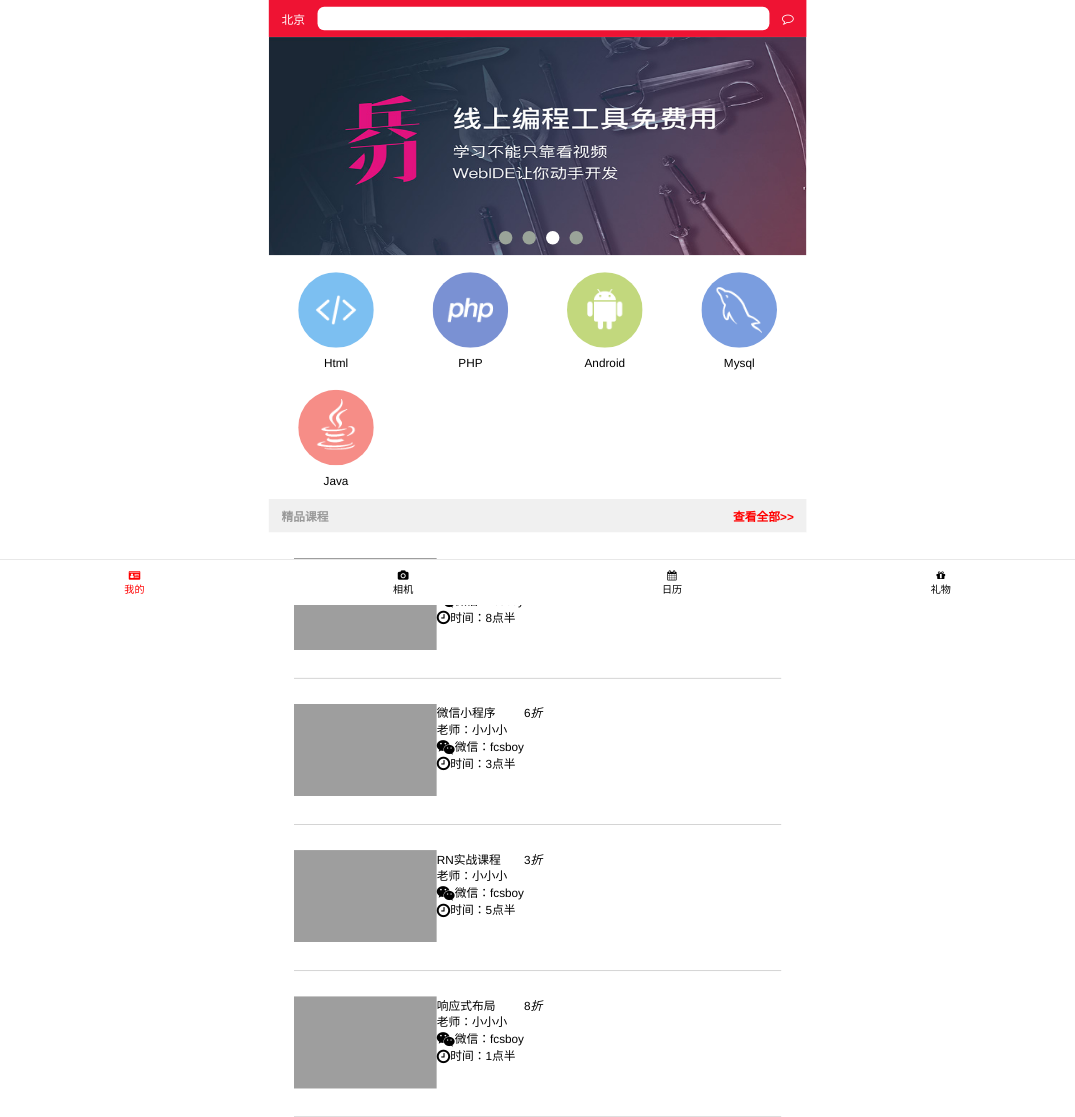
Repository: zhenzhen-gong/flextContent
Page: index.html
These files come from the project's save history. The page is drawn as it stood at one moment and after the next save; the edit follows.
The browser window is 1280 px wide. The pictures show the whole page, at 84% of full size.
Pictures or frames that could not be fetched are drawn as grey boxes.

Above is the page before, as saved 2020-06-19 10:41:43.

After the next save:
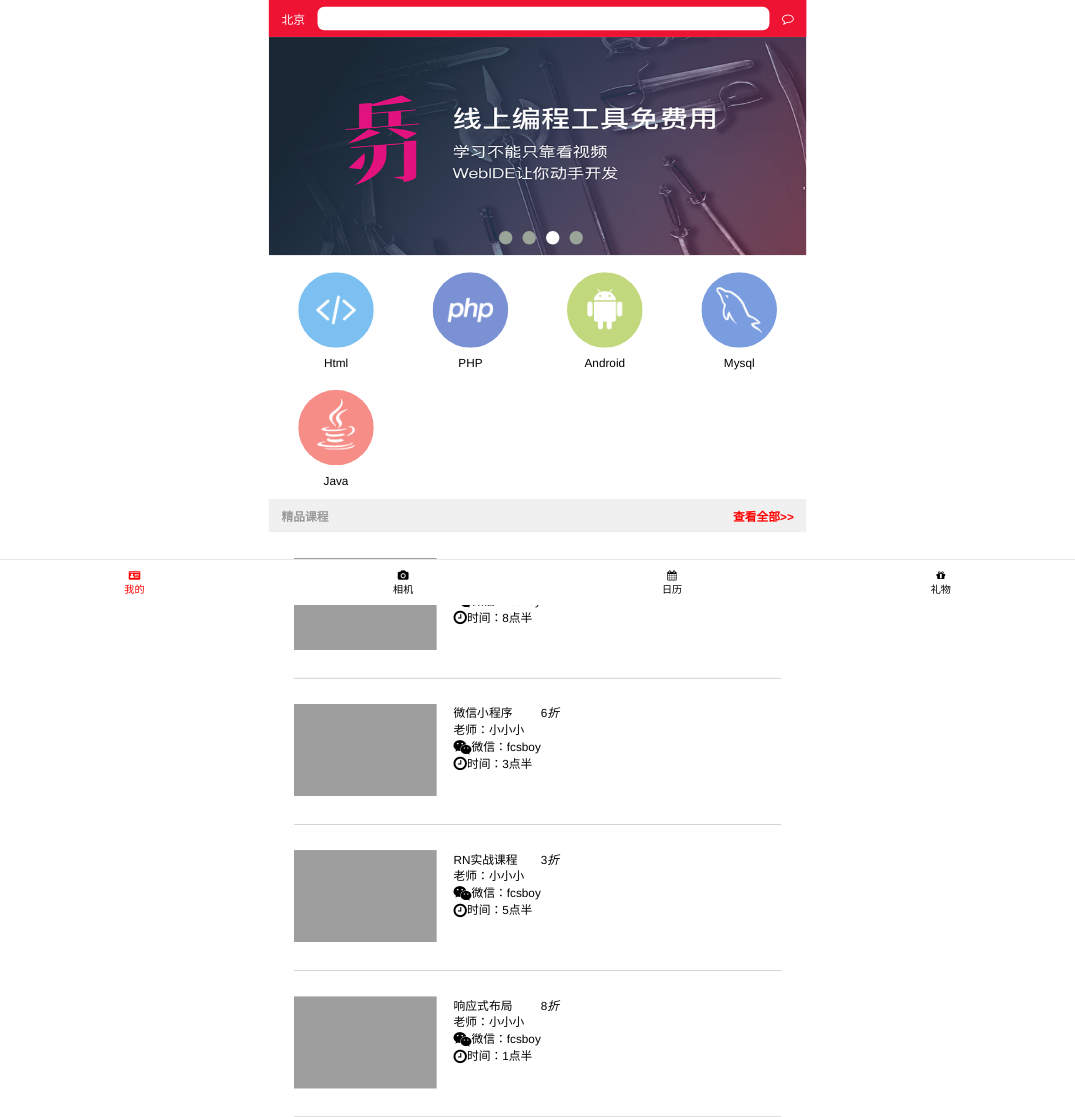
Saved 2 min 3 s later.
--- a/css/style.css
+++ b/css/style.css
@@ -140,10 +140,9 @@
     width: 170px;
     height: 110px;
 }
-/* section>div.items>div.item>div.item_center{
-    margin-left: 15rem;
-	margin-right: 15rem;
-} */
+section>div.items>div.item>div.item_center{
+   padding-left: 20px;
+}
 /* 页脚部分 */
 footer{
     position: fixed;
